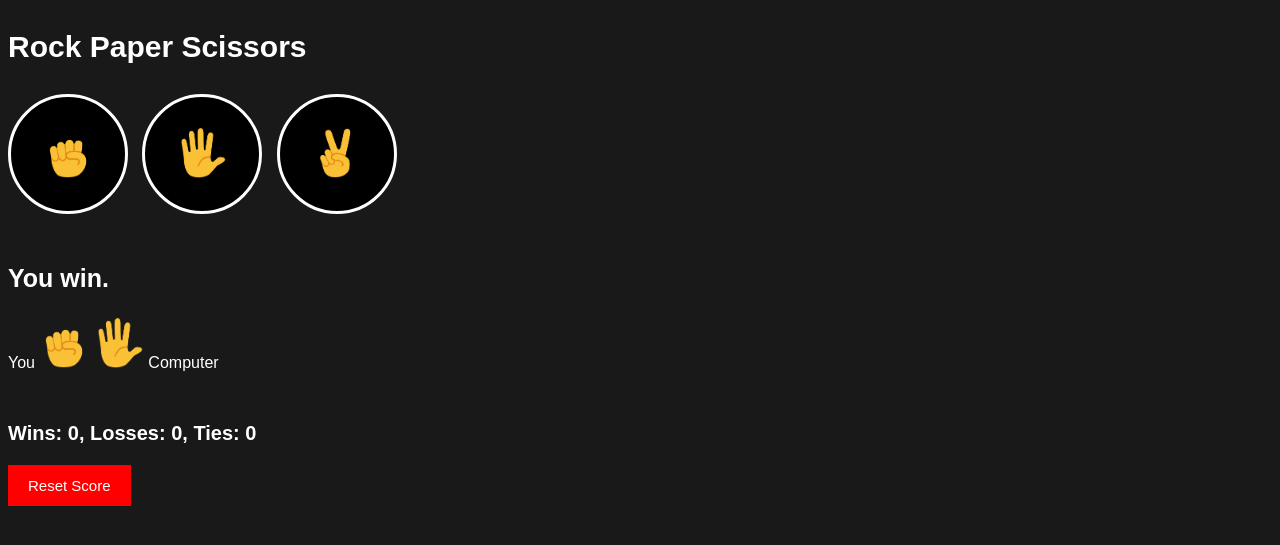
Repository: Samkiroko/Javascript-course
Page: 10-rock-paper-scissior.html
These files come from the project's save history. The page is drawn as it stood at one moment and after the next save; the edit follows.
The browser window is 1280 px wide. The pictures show the whole page.

Above is the page before, as saved 2023-08-28 11:35:24.

### 10-rock-paper-scissior.html
<!DOCTYPE html>
<html>
  <head>
    <title>Rock Paper Scissors</title>
    <style>
      body {
        background-color: #191919;
        color: white;
        font-family: sans-serif;
      }
      .title {
        font-size: 30px;
        font-weight: bold;
      }
      .move-icon {
        height: 50px;
      }
      .move-button {
        border: 3px solid white;
        background-color: black;
        width: 120px;
        height: 120px;
        border-radius: 60%;
        margin-right: 10px;
        cursor: pointer;
      }
      .result {
        font-size: 25px;
        font-weight: bold;
        margin-top: 50px;
      }
      .score {
        font-size: 20px;
        font-weight: bold;
        margin-top: 50px;
      }
      .reset-button {
        background-color: red;
        border: none;
        color: white;
        font-size: 15px;
        padding: 12px 20px;
        cursor: pointer;
      }
    </style>
  </head>
  <body>
    <p class="title">Rock Paper Scissors</p>
    <button
      onclick="
      playGame('rock');
    "
      class="move-button"
    >
      <img src="/img/rock-emoji.png" alt="Rock" srcset="" class="move-icon" />
    </button>

    <button
      onclick="
      playGame('paper');
    "
      class="move-button"
    >
      <img src="/img/paper-emoji.png" alt="paper" class="move-icon" />
    </button>

    <button
      onclick="
      playGame('scissors');
    "
      class="move-button"
    >
      <img src="/img/scissors-emoji.png" alt="Scissors" class="move-icon" />
    </button>
    <p class="js-result result">You win.</p>
    <p class="js-moves">
      You
      <span class=""
        ><img src="/img/rock-emoji.png" alt="" class="move-icon" />
        <img src="/img/paper-emoji.png" alt="" class="move-icon" />
      </span>
      Computer
    </p>
    <p class="js-score score"></p>

    <button
      onclick="
      score.wins = 0;
      score.losses = 0;
      score.ties = 0;
      localStorage.removeItem('score');
      updateScoreElement();
    "
      class="reset-button"
    >
      Reset Score
    </button>

    <script>
      let score = JSON.parse(localStorage.getItem('score')) || {
        wins: 0,
        losses: 0,
        ties: 0,
      };

      updateScoreElement();

      /*
      if (!score) {
        score = {
          wins: 0,
          losses: 0,
          ties: 0
        };
      }
      */

      function playGame(playerMove) {
        const computerMove = pickComputerMove();

        let result = '';

        if (playerMove === 'scissors') {
          if (computerMove === 'rock') {
            result = 'You lose.';
          } else if (computerMove === 'paper') {
            result = 'You win.';
          } else if (computerMove === 'scissors') {
            result = 'Tie.';
          }
        } else if (playerMove === 'paper') {
          if (computerMove === 'rock') {
            result = 'You win.';
          } else if (computerMove === 'paper') {
            result = 'Tie.';
          } else if (computerMove === 'scissors') {
            result = 'You lose.';
          }
        } else if (playerMove === 'rock') {
          if (computerMove === 'rock') {
            result = 'Tie.';
          } else if (computerMove === 'paper') {
            result = 'You lose.';
          } else if (computerMove === 'scissors') {
            result = 'You win.';
          }
        }

        if (result === 'You win.') {
          score.wins += 1;
        } else if (result === 'You lose.') {
          score.losses += 1;
        } else if (result === 'Tie.') {
          score.ties += 1;
        }

        localStorage.setItem('score', JSON.stringify(score));

        updateScoreElement();

        document.querySelector('.js-result').innerHTML = result;
        document.querySelector(
          '.js-moves'
        ).innerHTML = `You picked ${playerMove} - Computer picked ${computerMove}.`;
      }

      function updateScoreElement() {
        document.querySelector(
          '.js-score'
        ).innerHTML = `Wins: ${score.wins}, Losses: ${score.losses}, Ties: ${score.ties}`;
      }

      function pickComputerMove() {
        const randomNumber = Math.random();

        let computerMove = '';

        if (randomNumber >= 0 && randomNumber < 1 / 3) {
          computerMove = 'rock';
        } else if (randomNumber >= 1 / 3 && randomNumber < 2 / 3) {
          computerMove = 'paper';
        } else if (randomNumber >= 2 / 3 && randomNumber < 1) {
          computerMove = 'scissors';
        }

        return computerMove;
      }
    </script>
  </body>
</html>

After the next save:
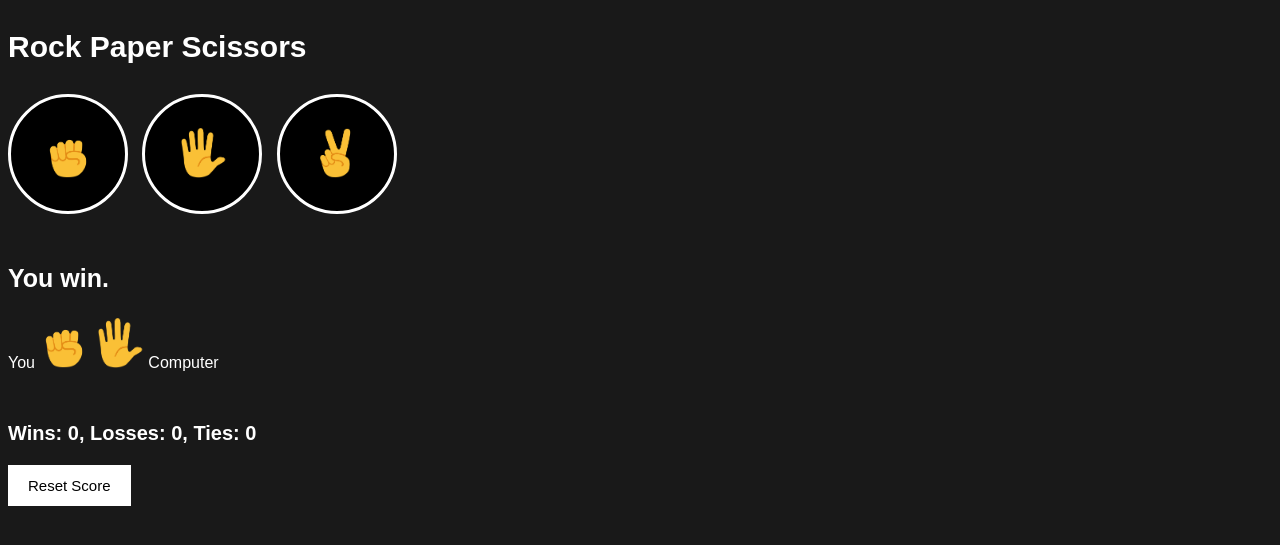
Saved 30 s later.
--- a/10-rock-paper-scissior.html
+++ b/10-rock-paper-scissior.html
@@ -35,9 +35,9 @@
         margin-top: 50px;
       }
       .reset-button {
-        background-color: red;
+        background-color: white;
         border: none;
-        color: white;
+        color: black;
         font-size: 15px;
         padding: 12px 20px;
         cursor: pointer;
